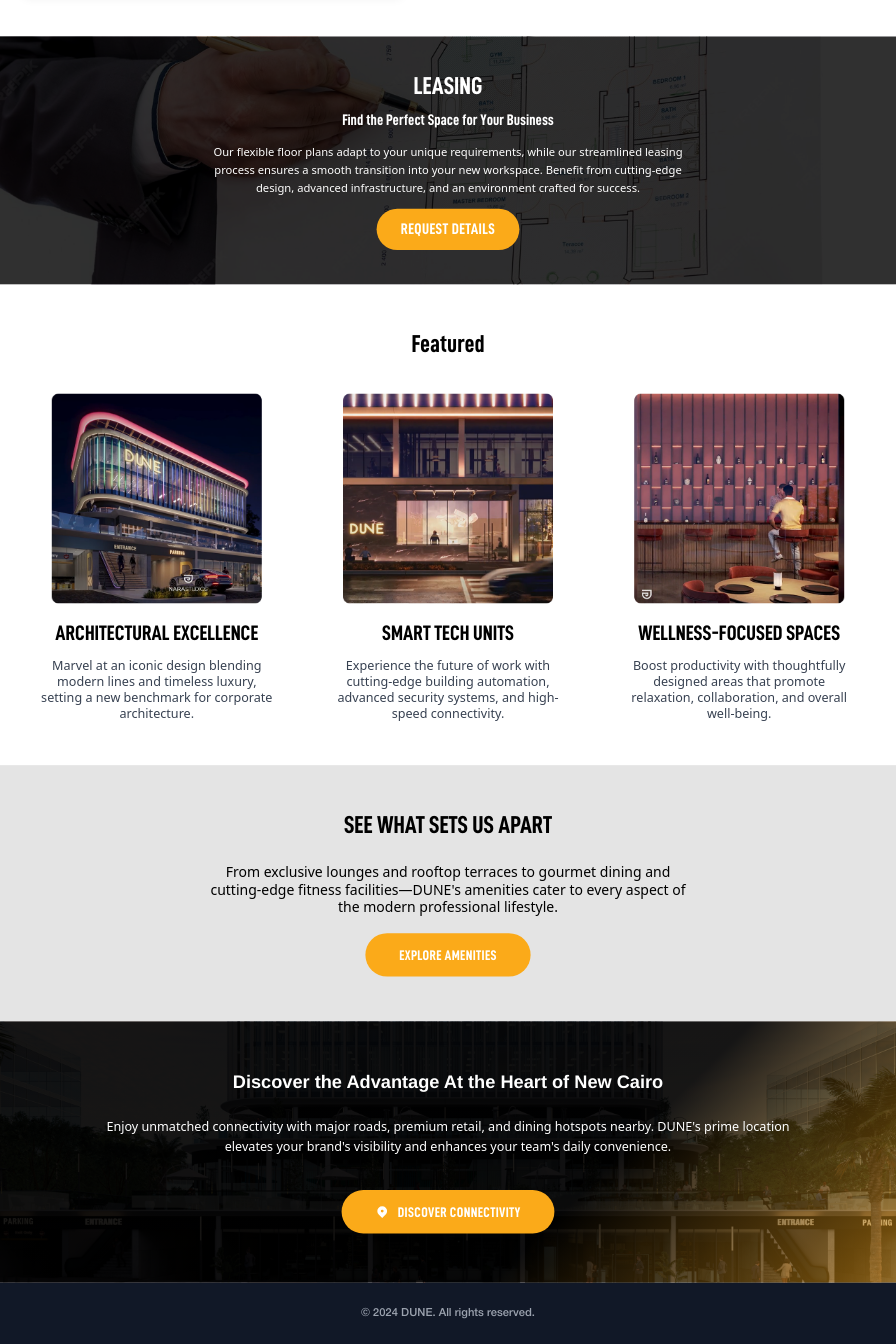
Repository: ahmedassr5765/dune
Page: index.html
The author's editor kept a copy of each file at every save. The page is drawn from the files as they stood at one save, then again after a run of saves.
The browser window is 1280 px wide. The pictures show the part of the page from y = 2053 to 3973 px (the page is 3973 px tall), at 70% of full size.
Some web libraries are served in a nearby version.

Above is the page before, as saved 2025-07-12 19:22:02.

After the next 2 saves:
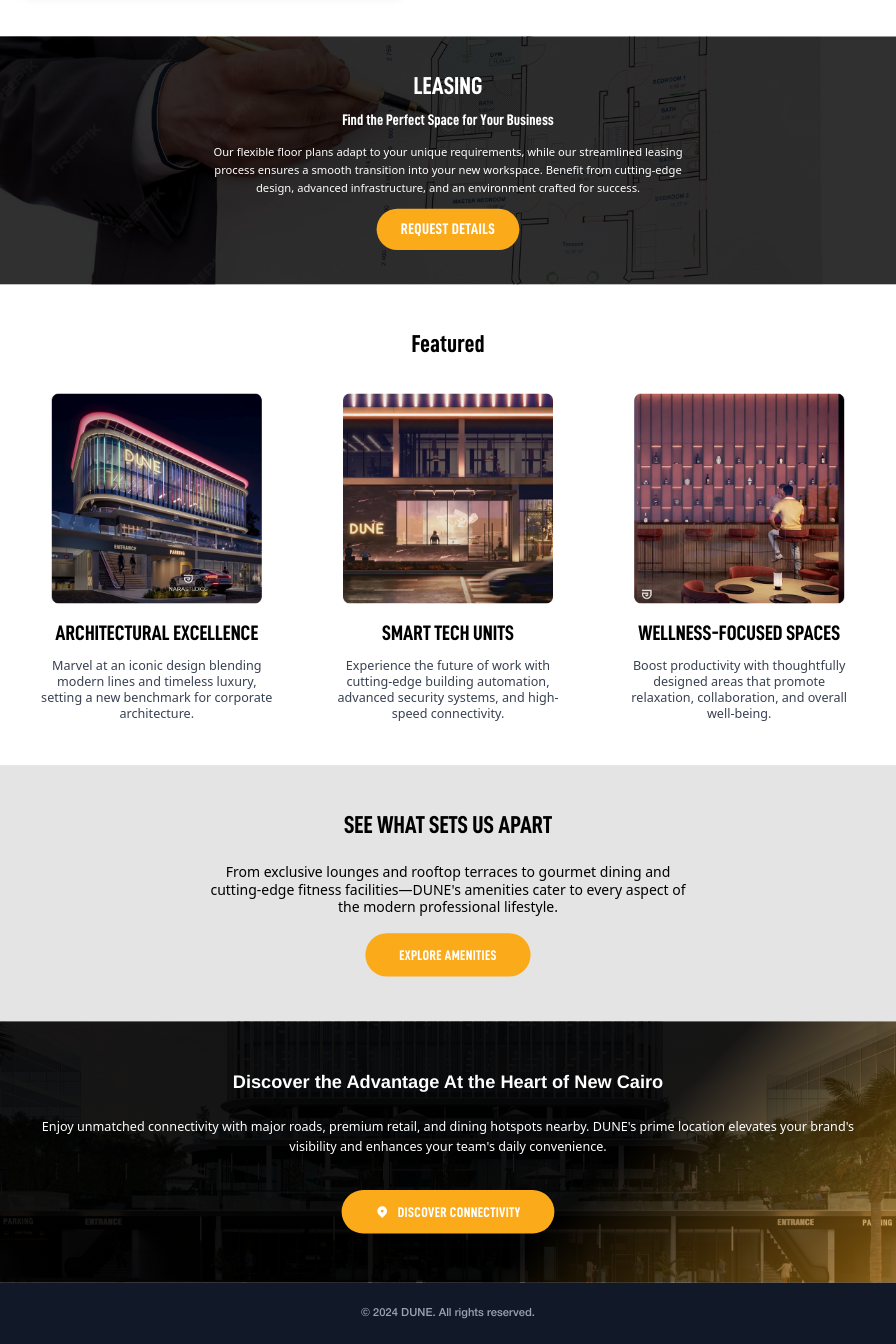
The 2 saves are shown as one change because they came seconds apart.
The last was saved 6 s later.
--- a/index.html
+++ b/index.html
@@ -404,7 +404,7 @@
 
         <!-- Content -->
         <div class="relative z-10 h-full flex flex-col justify-center items-center text-center px-4 sm:px-6 lg:px-8">
-            <div class="max-w-5xl mx-auto">
+            <div class="max-w-7xl mx-auto">
 
                 <!-- Main Heading -->
                 <h2 class="text-white font-bold font-helvetica text-[26px] mb-8 leading-tight discover-main-title"
